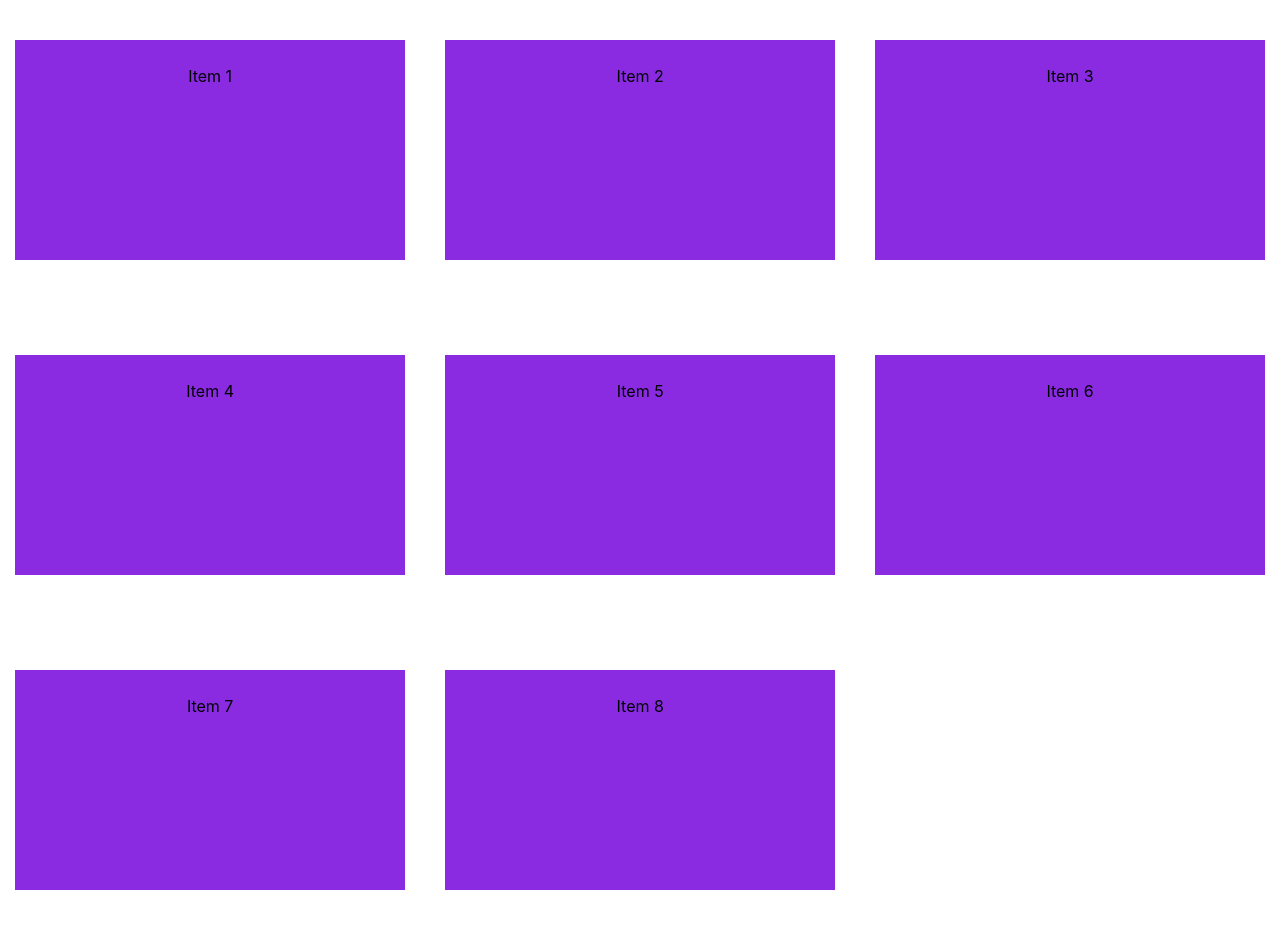
Repository: thai-shriya/anxiety-tracker
Page: /
These files come from the project's save history. The page is drawn as it stood at one moment and after the next save; the edit follows.
The browser window is 1280 px wide. The pictures show the whole page.
The project was rebuilt for these pictures with package versions that can differ from the ones it lists, and the page was loaded fresh each time.

Above is the page before, as saved 2024-04-22 15:06:08.

After the next save:
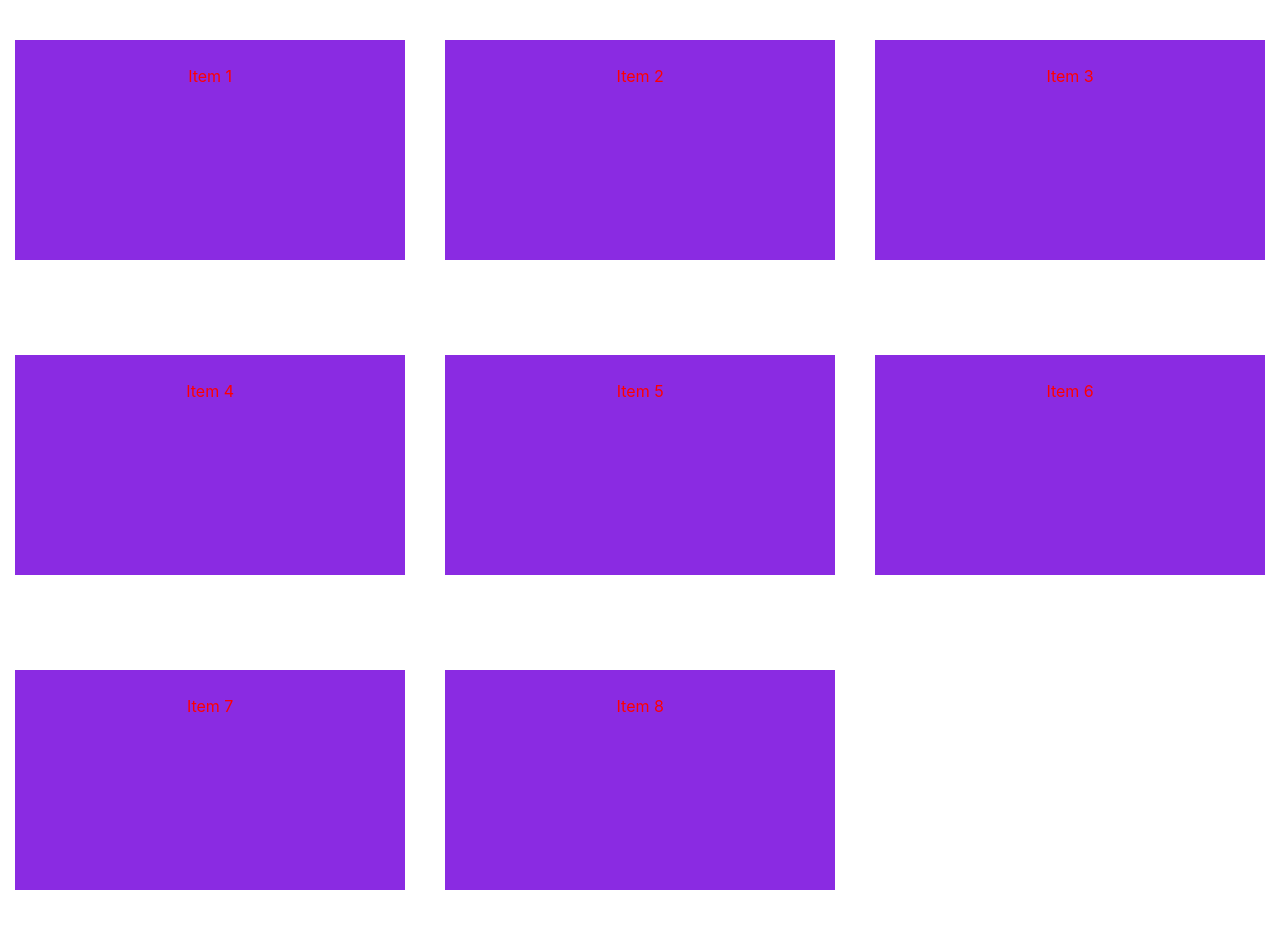
Saved 16 s later.
--- a/src/App.css
+++ b/src/App.css
@@ -13,5 +13,6 @@
   margin: 40px 15px 40px 15px;
   height: 200px;
   text-align: center;
+  color: red;
 
 }

After the save that followed:
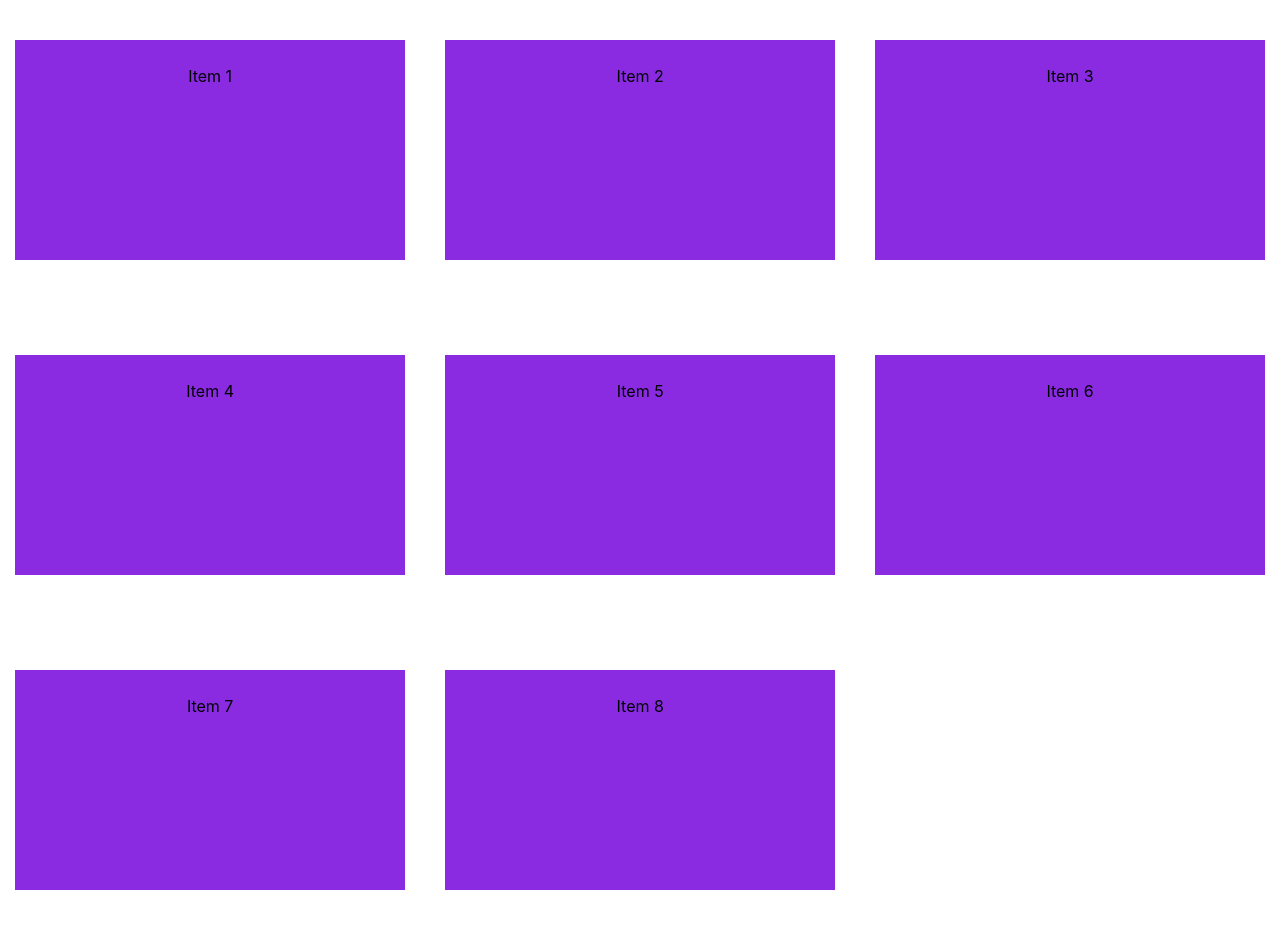
Saved 29 s later.
--- a/src/App.css
+++ b/src/App.css
@@ -12,7 +12,4 @@
   background-color:blueviolet;
   margin: 40px 15px 40px 15px;
   height: 200px;
-  text-align: center;
-  color: red;
-
 }
